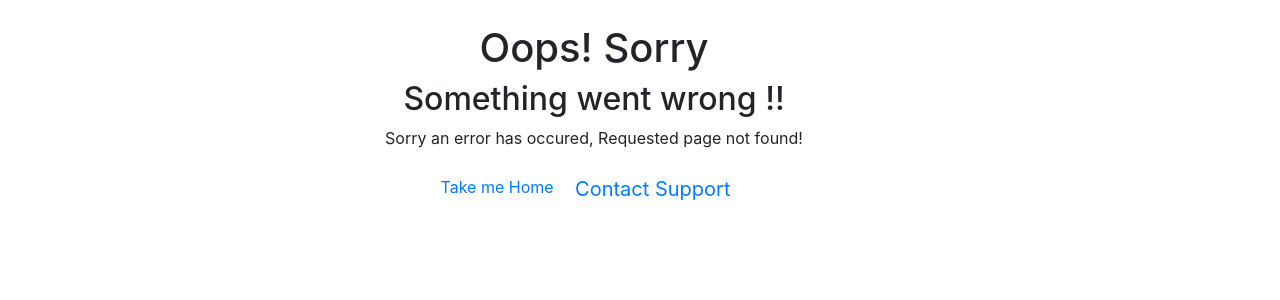
Repository: GovindParve/spring_mvc_maven_search_project
Page: http://localhost/springmvcsearch/WEB-INF/views/null_page.jsp
An editor plug-in stored every save of this project. The page is shown before and after the next save, followed by the edit.
The browser window is 1280 px wide. The pictures show the whole page.
Some web libraries are served in a nearby version. The page is served by Tomcat 9. Nobody is signed in. The template is opened directly, without the code that normally fills it, so the values that code supplies are empty.

Above is the page before, as saved 2023-06-18 18:02:55.

After the next save:
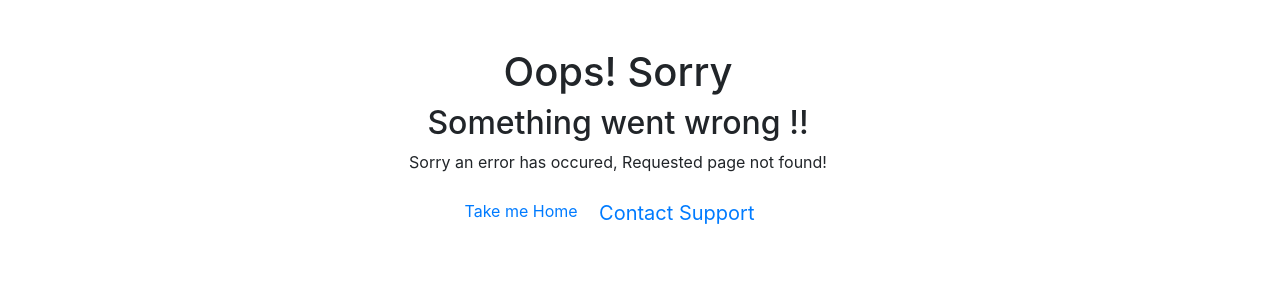
Saved 13 s later.
--- a/springmvcsearch/src/main/webapp/WEB-INF/views/null_page.jsp
+++ b/springmvcsearch/src/main/webapp/WEB-INF/views/null_page.jsp
@@ -29,7 +29,7 @@
 </head>
 <body>
 <%--   	<img alt="my image" src="<c:url value="/resources/image/tiger1.jpg" />"> --%>
-    <div class="container text-center m-4">
+    <div class="container text-center m-5">
     	<h1>Oops! Sorry</h1>
     	<h2>Something went wrong !!</h2>
     	<div class="error-details">
